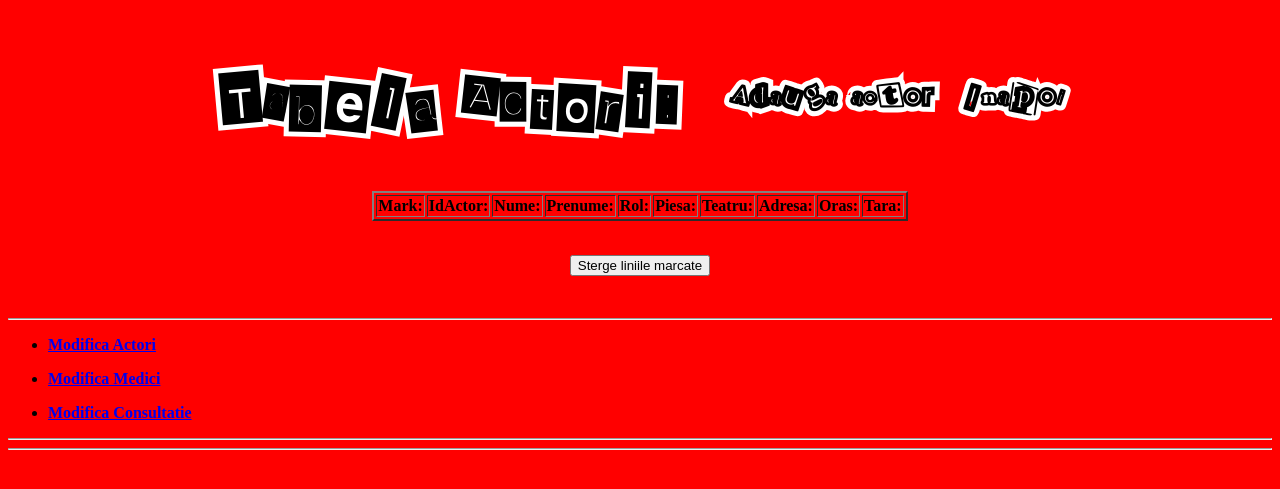
Repository: SusStefan/ActorDB
Page: http://localhost/Actori/tabela_actori.jsp
An editor plug-in stored every save of this project. The page is shown before and after the next save, followed by the edit.
The browser window is 1280 px wide. The pictures show the whole page.
The page is served by Tomcat 9. Queries for data that is not in the repository find no rows.

Above is the page before, as saved 2025-12-12 23:26:54.
Console error: TypeError: Cannot set properties of null (setting 'innerHTML')

After the next save:
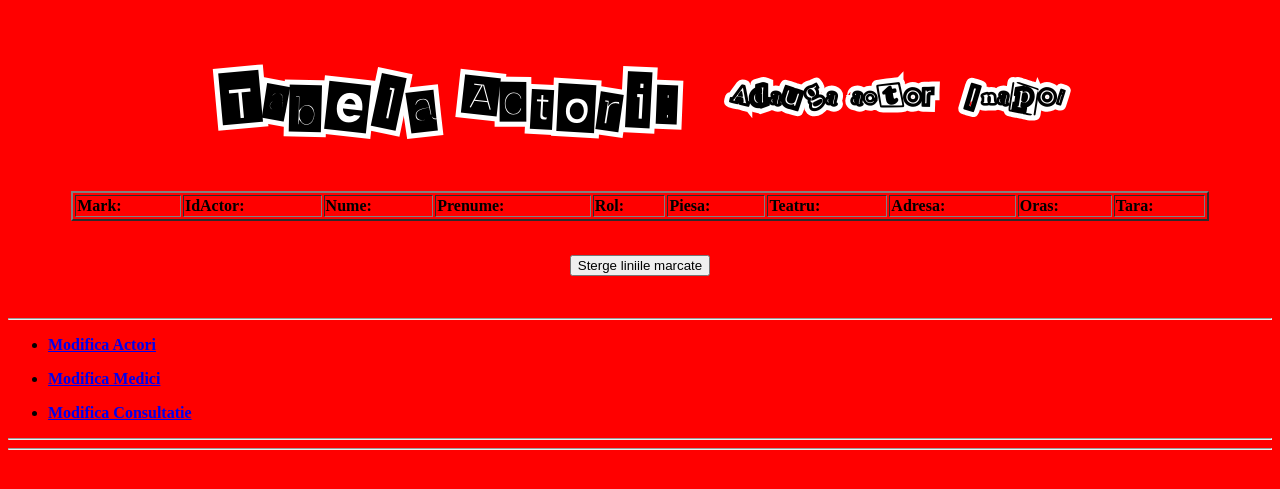
Saved 77 s later.
--- a/Actori/src/main/webapp/tabela_actori.jsp
+++ b/Actori/src/main/webapp/tabela_actori.jsp
@@ -158,8 +158,7 @@ top:-2%;
  text-align: center;
  }
 table{
-left:5%;
-right:5%;
+width:90%;
 }
 
 
